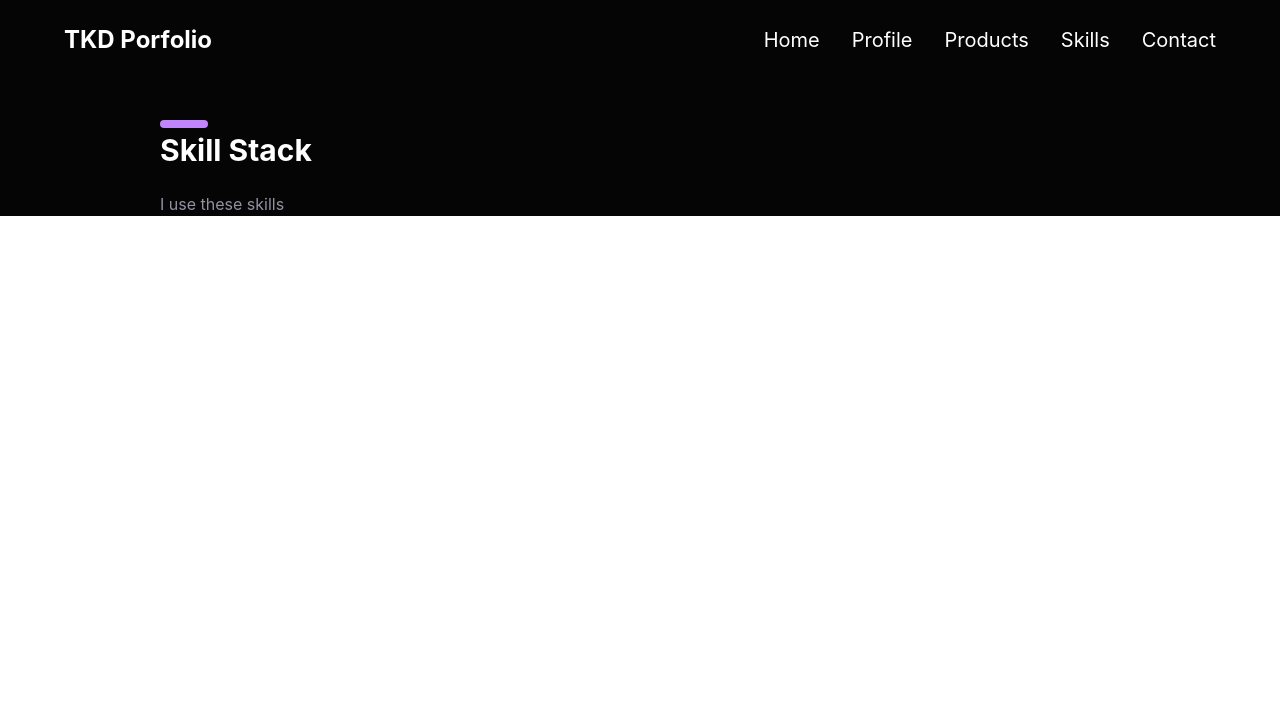
Repository: MitukiTakada/todo-aplication
Page: /skills (app in design/dev/react-tailwind/react-tailwind/)
These files come from the project's save history. The page is drawn as it stood at one moment and after the next save; the edit follows.
The browser window is 1280 px wide. The pictures show the whole page.
The project was rebuilt for these pictures with package versions that can differ from the ones it lists, and the page was loaded fresh each time. Also part of the build but not shown: design/dev/react-tailwind/react-tailwind/src/components/Contact.jsx, design/dev/react-tailwind/react-tailwind/src/components/Home.jsx, design/dev/react-tailwind/react-tailwind/src/components/Products.jsx, design/dev/react-tailwind/react-tailwind/src/components/Profile.jsx.

Above is the page before, as saved 2022-11-18 10:42:29.

After the next save:
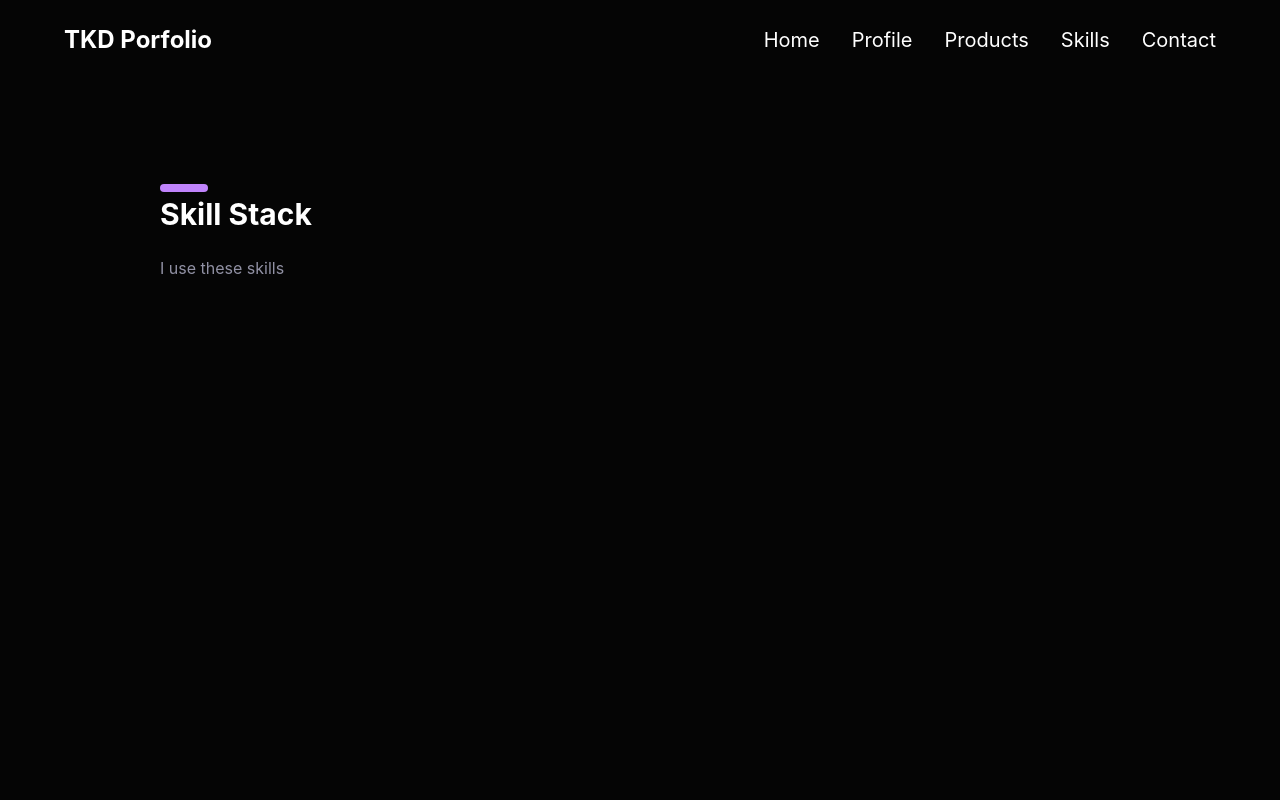
Saved 9 s later.
--- a/design/dev/react-tailwind/react-tailwind/src/components/Skills.jsx
+++ b/design/dev/react-tailwind/react-tailwind/src/components/Skills.jsx
@@ -2,7 +2,7 @@ import React from 'react'
 
 const Skills = () => {
   return (
-    <div >
+    <div className="h-screen pt-16">
       <div className="container mt-10 justify-between items-center mx-auto px-8 md:px-14 lg:px-24 w-full h-5/6">
       <section className="w-full ">
         <h2 className="secondary-title">Skill Stack</h2>
